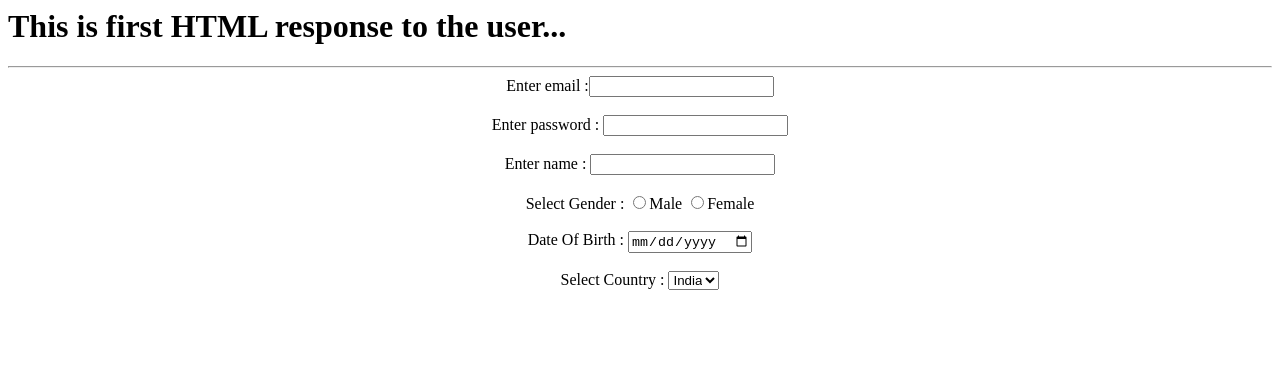
Repository: devandevare/Java
Page: http://localhost/first-web-app/sing-up
These files come from the project's save history. The page is drawn as it stood at one moment and after a run of saves; the edit follows.
The browser window is 1280 px wide. The pictures show the whole page.
The page is served by Tomcat 9.

Above is the page before, as saved 2022-09-25 08:00:14.

### Adv Java/Projects/first-web-app/src/main/java/FirstServlet.java


import java.io.IOException;
import java.io.PrintWriter;

import javax.servlet.ServletException;
import javax.servlet.annotation.WebServlet;
import javax.servlet.http.HttpServlet;
import javax.servlet.http.HttpServletRequest;
import javax.servlet.http.HttpServletResponse;

@WebServlet("/sing-up")
public class FirstServlet extends HttpServlet {
	private static final long serialVersionUID = 1L;


	protected void service(HttpServletRequest request, HttpServletResponse response) throws ServletException, IOException {

		System.out.println("This is the servelet");
		response.setContentType("text/html");

		PrintWriter out=response.getWriter();
		out.print("<h1>This is first HTML response to the user...</h1>");
		out.print("<hr>");

		out.print("<div align='center'>");
		out.print("<form action='' method='post'>");
		out.print("<label>Enter email :</label>");
		out.print("<input type='email' name='email'> </input>");
		out.print("<br/><br/>");
		out.print("<label>Enter password :</label>	<input type='password' name='password'> </input>");
		out.print("<br/><br/>");
		out.print("	<label>Enter name :</label>	<input type='text' name='name'> </input> <br/> <br/>");
		out.print("<label>Select Gender :</label>			\r\n"
				+ "		<input type=\"radio\" name=\"gender\" value=\"Male\">Male </input>\r\n"
				+ "		<input type=\"radio\" name=\"gender\" value=\"Female\">Female </input>\r\n"
				+ "		<br/>\r\n"
				+ "		<br/>");
		out.print("<label>Date Of Birth :</label>			\r\n"
				+ "		<input type=\"date\" name=\"dob\" /> \r\n"
				+ "		<br/>\r\n"
				+ "		<br/>");
		out.print("	<label>Select Country :</label>	\r\n"
				+ "			<select name=\"country\">\r\n"
				+ "			<option value=\"India\">India</option>\r\n"
				+ "			<option value=\"UK\">UK</option>\r\n"
				+ "			<option value=\"US\">Us</option>\r\n"
				+ "			<option value=\"aus\">Aus</option>\r\n"
				+ "			</select>\r\n"
				+ "			<br/>\r\n"
				+ "			<br/>");
	}

}

After the next 4 saves:
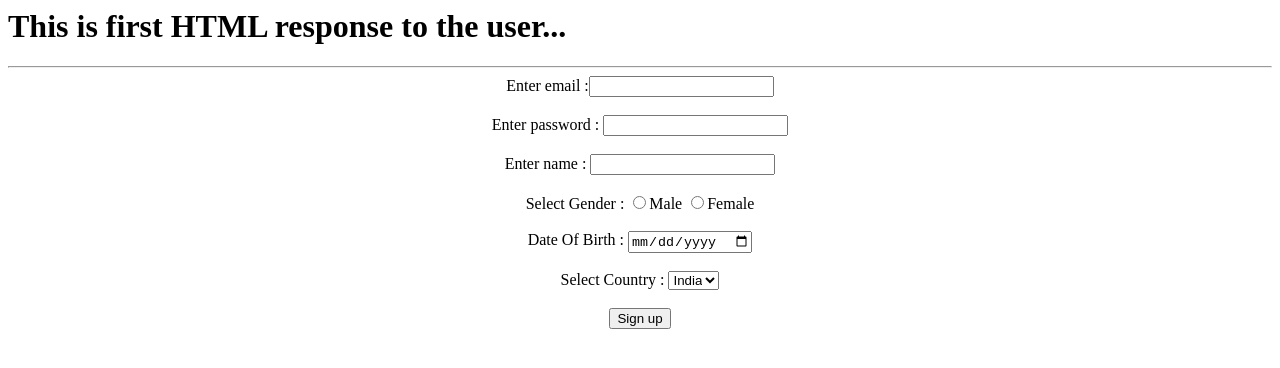
The 4 saves are shown as one change because 2 did not build or start and some came seconds apart.
The last was saved 44 s later.
--- a/Adv Java/Projects/first-web-app/src/main/java/FirstServlet.java
+++ b/Adv Java/Projects/first-web-app/src/main/java/FirstServlet.java
@@ -49,6 +49,9 @@ public class FirstServlet extends HttpServlet {
 				+ "			</select>\r\n"
 				+ "			<br/>\r\n"
 				+ "			<br/>");
+		out.print("<button type='submit'>Sign up</button>");
+
+
 	}
 
 }
